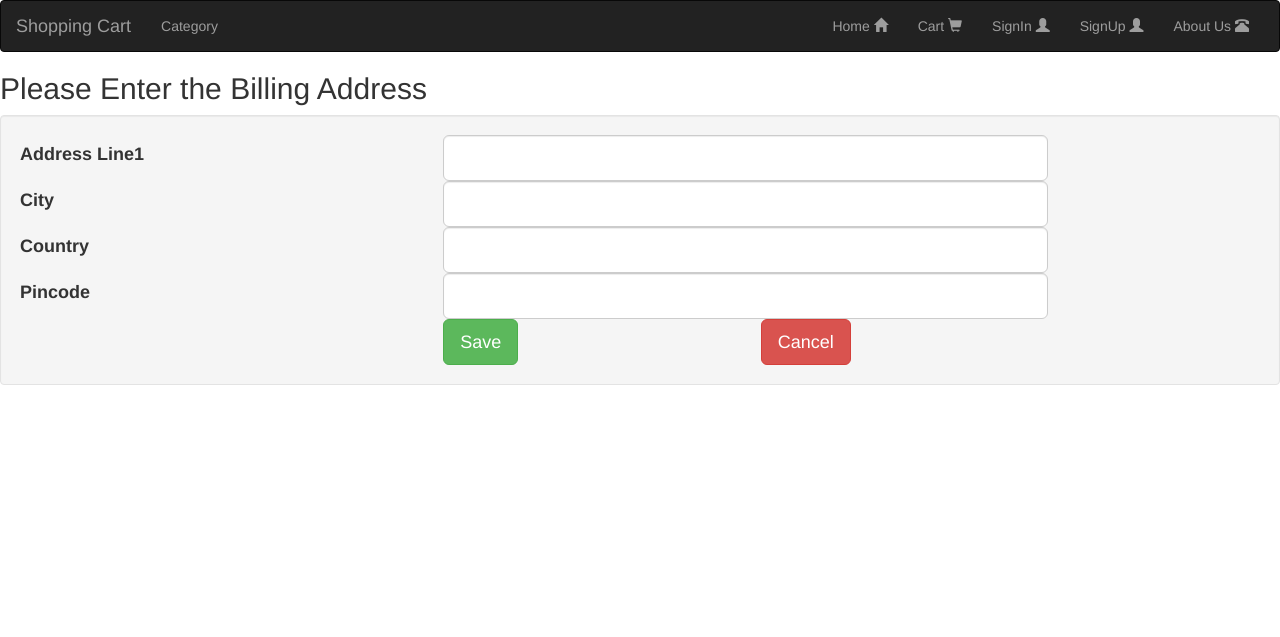
Repository: KaustubhKamat/ShoppingCartProject
Page: http://localhost/NewShoppingCart/WEB-INF/views/BillingAddress.jsp
The author's editor kept a copy of each file at every save. The page is drawn from the files as they stood at one save, then again after the next save.
The browser window is 1280 px wide. The pictures show the whole page.
Some web libraries are served in a nearby version. The page is served by Tomcat 9. Nobody is signed in. The template is opened directly, without the code that normally fills it, so the values that code supplies are empty.

Above is the page before, as saved 2017-02-03 04:53:24.

After the next save:
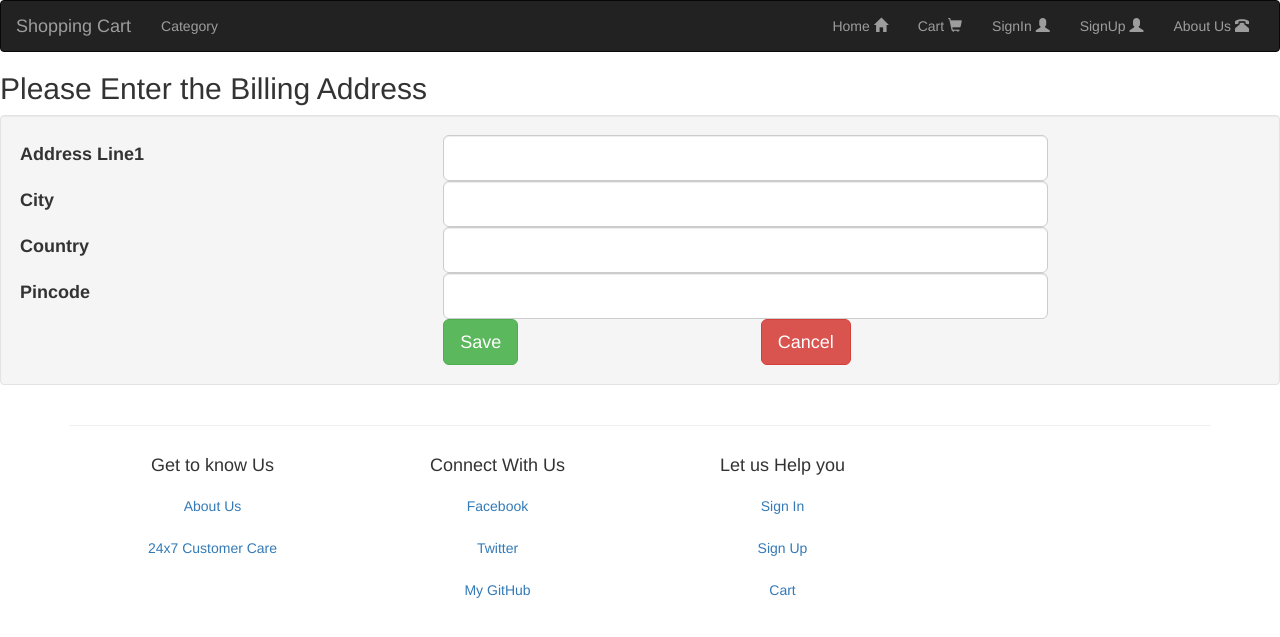
Saved 9 s later.
--- a/NewShoppingCart/src/main/webapp/WEB-INF/views/BillingAddress.jsp
+++ b/NewShoppingCart/src/main/webapp/WEB-INF/views/BillingAddress.jsp
@@ -68,6 +68,7 @@
 
 </form:form>
 
+<jsp:include page="Footer.jsp"></jsp:include>
 
 
 </body>
